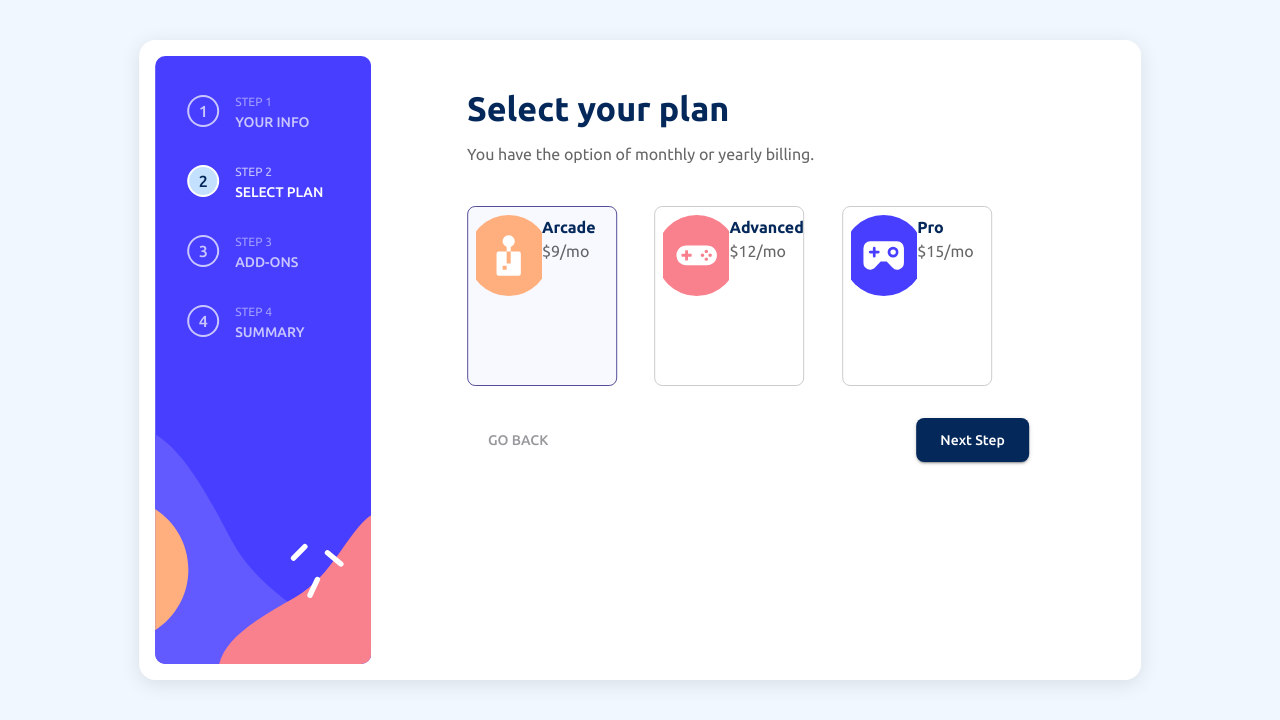
Repository: ozerrrs/chalange7days
Page: / (app in 7dayschalange/7dayschallange/), after clicking the first element matching `button.MuiButtonBase-root`
These files come from the project's save history. The page is drawn as it stood at one moment and after the next save; the edit follows.
The browser window is 1280 px wide. The pictures show the whole page.
The project was rebuilt for these pictures with package versions that can differ from the ones it lists, and the page was loaded fresh each time. Also part of the build but not shown: 7dayschalange/7dayschallange/vite.config.js.

Above is the page before, as saved 2025-03-05 16:22:09.

After the next save:
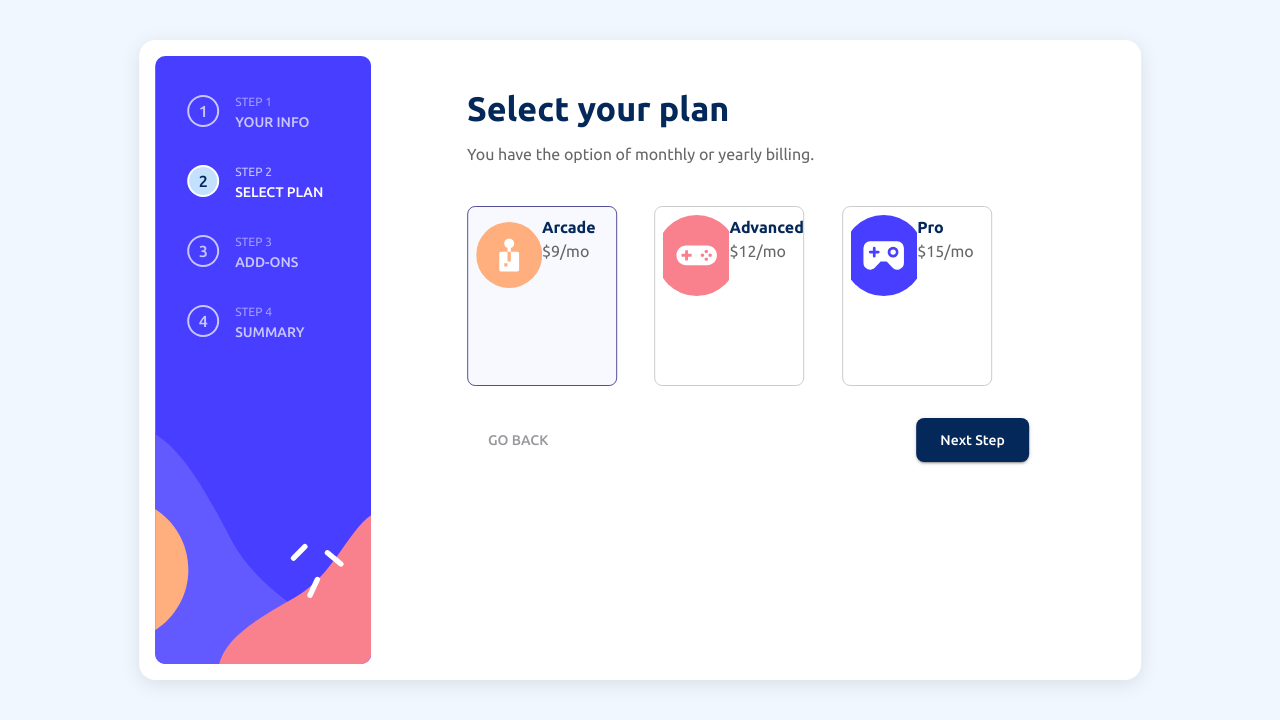
Saved 27 s later.
--- a/7dayschalange/7dayschallange/src/pages/firstPage.jsx
+++ b/7dayschalange/7dayschallange/src/pages/firstPage.jsx
@@ -251,7 +251,7 @@ function MultiStepForm() {
                         style={{
                           width: "50%",
                           height: "50%",
-                          objectFit: "cover",
+                          objectFit: "contain",
                         }}
                       />
                       <Box sx={{ width: "100%" }}>
